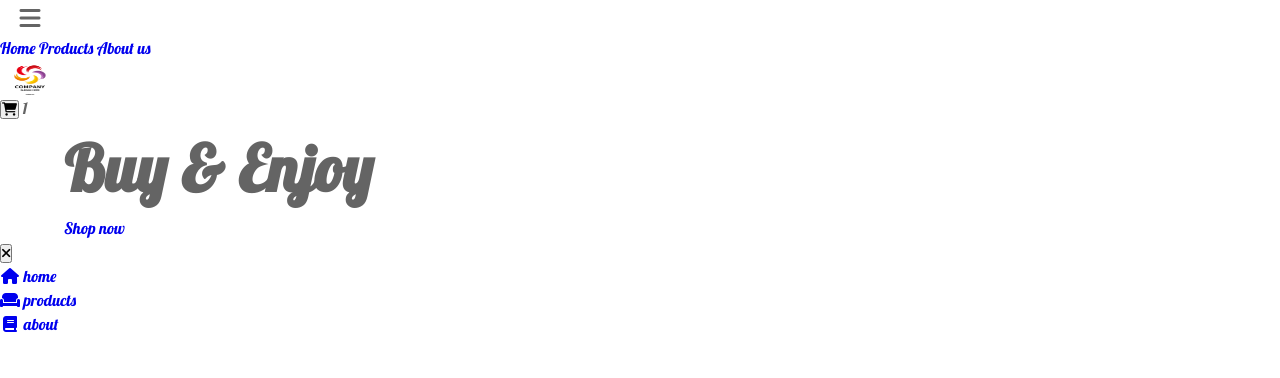
Repository: tetlisna/myprojectJS2
Page: index.html
The author's editor kept a copy of each file at every save. The page is drawn from the files as they stood at one save, then again after the next save.
The browser window is 1280 px wide. The pictures show the whole page.
Some web fonts or font styles are not loaded; a fallback is used.

Above is the page before, as saved 2022-09-04 19:41:31.

### index.html
<!DOCTYPE html>
<html lang="en">
  <head>
    <meta charset="UTF-8" />
    <meta name="viewport" content="width=device-width, initial-scale=1.0" />
    <link rel="stylesheet" href="/css/style.css" />
    <link
      rel="stylesheet"
      href="https://cdnjs.cloudflare.com/ajax/libs/font-awesome/6.2.0/css/all.min.css"
    />
    <title>E-commers</title>
  </head>
  <body>
    <!-- Nav left -->
    <nav class="navbar">
      <div class="menu-line">
        <div class="wrapper">
          <button class="nav-logo">
            <i class="fa-sharp fa-solid fa-bars"></i>
          </button>
          <a href="#" href="index.html" class="nav-link">Home</a>
          <a href="#" href="products.html" class="nav-link">Products</a>
          <a href="#" href="about-us.html" class="nav-link">About us</a>
        </div>
        <!-- Logo -->
        <img src="/img/logo.png" class="nav-logo" alt="logo" width="100px" />
        <!-- Cart-->
        <div class="cart-side-container">
          <button class="cart-side">
            <i class="fa-sharp fa-solid fa-cart-shopping"></i>
          </button>
          <span class="cart-item-amount">1</span>
        </div>
      </div>
    </nav>

    <!--Main section-->

    <section class="main">
      <div id="main-container">
        <h1 class="text-main">Buy & Enjoy</h1>
        <a href="products.html" class="main-btn"> Shop now </a>
      </div>
    </section>
    <!--Side section-->

    <div class="sidebar-pop-out">
      <aside class="sidebar">
        <!-- close -->
        <button class="sidebar-close">
          <i class="fas fa-times"></i>
        </button>
        <!-- links -->
        <ul class="sidebar-links">
          <li>
            <a href="index.html" class="sidebar-link">
              <i class="fas fa-home fa-fw"></i>
              home
            </a>
          </li>
          <li>
            <a href="products.html" class="sidebar-link">
              <i class="fas fa-couch fa-fw"></i>
              products
            </a>
          </li>
          <li>
            <a href="about.html" class="sidebar-link">
              <i class="fas fa-book fa-fw"></i>
              about
            </a>
          </li>
        </ul>
      </aside>
    </div>
    <script src="script.js"></script>
  </body>
</html>

### css/style.css
@import url('https://fonts.googleapis.com/css2?family=Lobster&family=Qwitcher+Grypen&family=Roboto:wght@300&display=swap');
:root {
    --transition: all 0.3s linear;
    --spacing: 0.1rem;
    --radius: 0.25rem;
    --max-width: 1170px;
    --fixed-width: 620px;
    --white-bg:rgb(255, 255, 255);
    --dark-grey:rgb(100, 100, 100);
    --grey-red:rgb(190, 100, 100);

}

* {
    margin: 0;
    padding: 0;
    box-sizing: border-box;
}
.container {
    max-width: 980px;
    margin: auto;
}
a {
    text-decoration: none;
  }
body {
    font-family: 'Lobster', cursive,'Qwitcher Grypen', cursive,'Roboto', sans-serif;
    background: var(--white-bg);
    color: var(--dark-grey);
    line-height: 1.5;
    font-size: 0.875rem;
}
p {
    margin-bottom: 1.25rem;
    color: var(--dark-grey);
}
.hero-btn {
    color: var(--dark-grey);
}

 @media screen and (min-width: 800px) {
    h1 {
        font-size: 4rem;

    }
    body {
        font-size: 1rem;
    }
 }
.img {
    width: 100%;
    display: block;
}
.main {
    width: 90vw;
    max-width: var(--max-width);
    margin: 0 auto;
}
.main-btn:hover {

}
/* .cart-side {
    background: var(--clr-primary-5);
    color: var(--clr-white);
    border-radius: var(--radius);
    padding: 0.375rem 0.75rem;
    letter-spacing: var(--spacing);
    display: inline-block;
    transition: var(--transition);
    border-color: transparent;
    cursor: pointer;
  } */
  /* .cart-side:hover {
    background: var(--white-bg);
    color: var(--dark-grey);
  } */
.nav-logo {
    background: var(--clr-primary-5);
    border-color: transparent;
    color: var(--clr-white);
    width: 3.75rem;
    height: 2.25rem;
    display: flex;
    align-items: center;
    justify-content: center;
    font-size: 1.5rem;
    border-radius: 2rem;
    cursor: pointer;
    transition: var(--transition);
}

### script.js
class User {
	constructor (name, balance){
		this.name = name,
		this.balance = balance
	}
	showOrderHistory(sortWay, fieldName, totalAmount, orderDate){

	}
	getCart(){
		return this.cart;
	}
	addOrder(){
		return this.order;
	}

}
class Order{
	constructor (order, totalPrice, date){
		this.order = order,
		this.price = totalPrice,
		this.date = date
	}

}

After the next save:
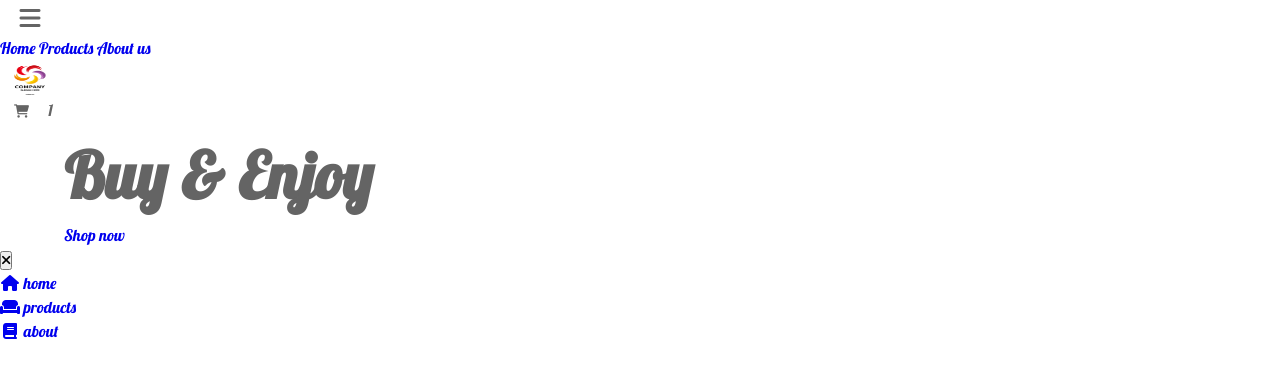
Saved 47 s later.
--- a/css/style.css
+++ b/css/style.css
@@ -59,7 +59,7 @@ p {
 .main-btn:hover {
 
 }
-/* .cart-side {
+.cart-side {
     background: var(--clr-primary-5);
     color: var(--clr-white);
     border-radius: var(--radius);
@@ -69,7 +69,7 @@ p {
     transition: var(--transition);
     border-color: transparent;
     cursor: pointer;
-  } */
+  }
   /* .cart-side:hover {
     background: var(--white-bg);
     color: var(--dark-grey);
